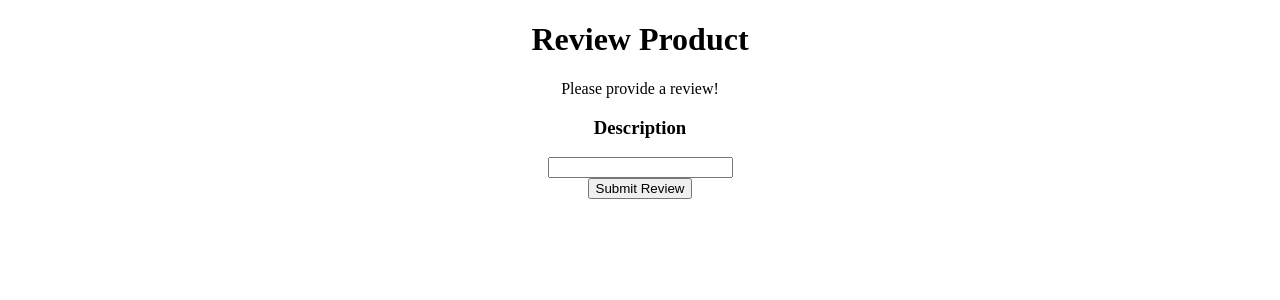
Repository: PhuongHuynh9987/Shopaholic-Ecommerce
Page: http://localhost/Shopaholic/ReviewServlet
These files come from the project's save history. The page is drawn as it stood at one moment and after the next save; the edit follows.
The browser window is 1280 px wide. The pictures show the whole page.
The page is served by Tomcat 9. Queries for data that is not in the repository find no rows.

Above is the page before, as saved 2024-01-30 01:25:09.

After the next save:
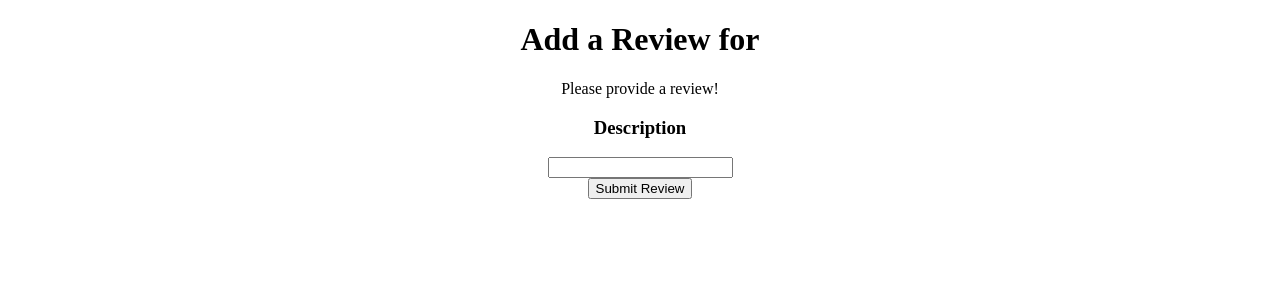
Saved 92 s later.
--- a/Shopaholic/src/main/webapp/WEB-INF/views/review.jsp
+++ b/Shopaholic/src/main/webapp/WEB-INF/views/review.jsp
@@ -16,7 +16,7 @@
 
 		<!----------  Review section -------->
 		<div class="review">
-			<h1>Review Product</h1>
+			<h1>Add a Review for </h1>
 			<span class="emptyField">Please provide a review!</span>
 
 			<form action = "UserServlet" method = "post" onsubmit = "return validateForm()">
